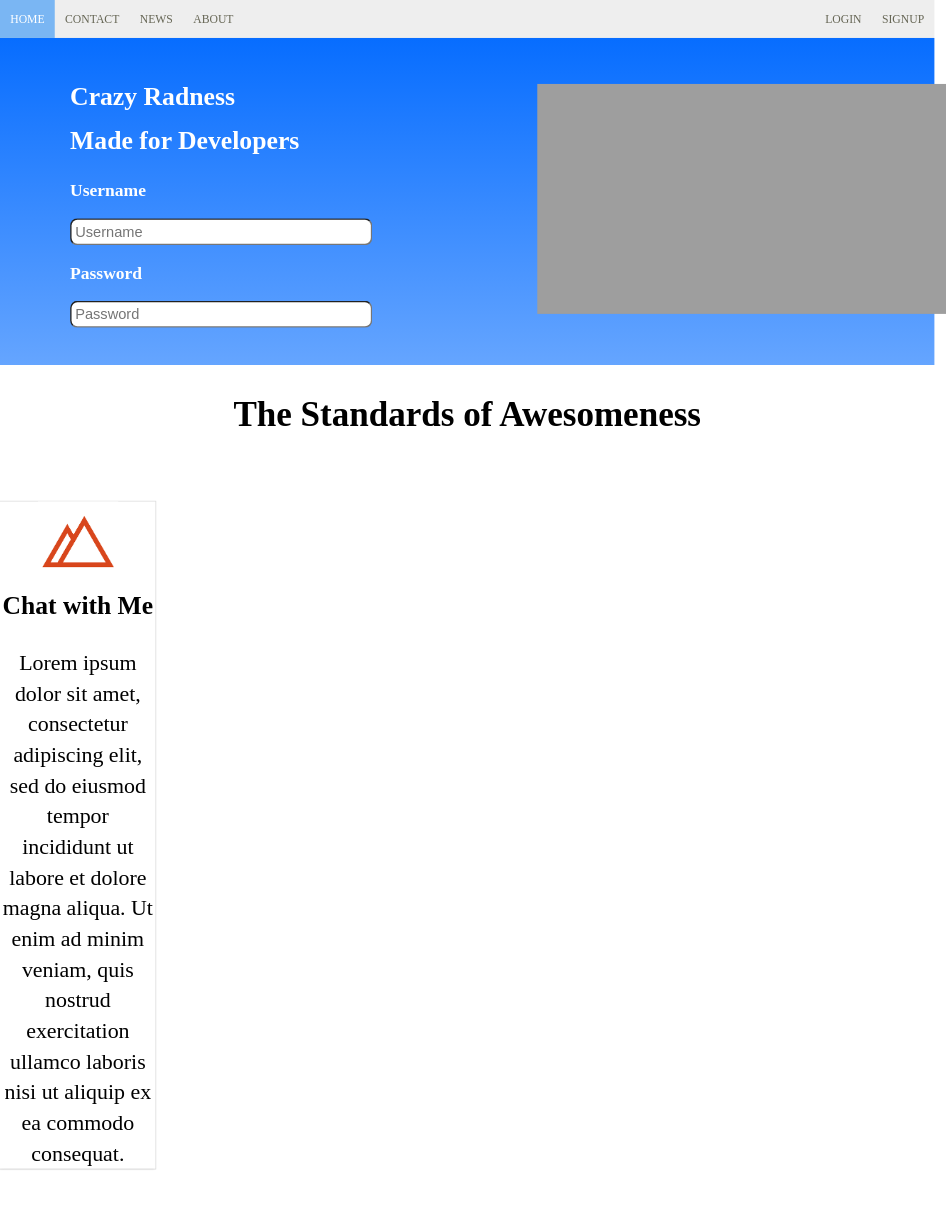
Repository: jesar-enl/My-CSS-Website
Page: index.html
An editor plug-in stored every save of this project. The page is shown before and after the next save, followed by the edit.
The browser window is 1280 px wide. The page is 1296 px wide, so the pictures cover 1296 px, including what lies to the right of the window. The pictures show the whole page, at 73% of full size.
Pictures or frames that could not be fetched are drawn as grey boxes.

Above is the page before, as saved 2022-07-27 12:54:52.

After the next save:
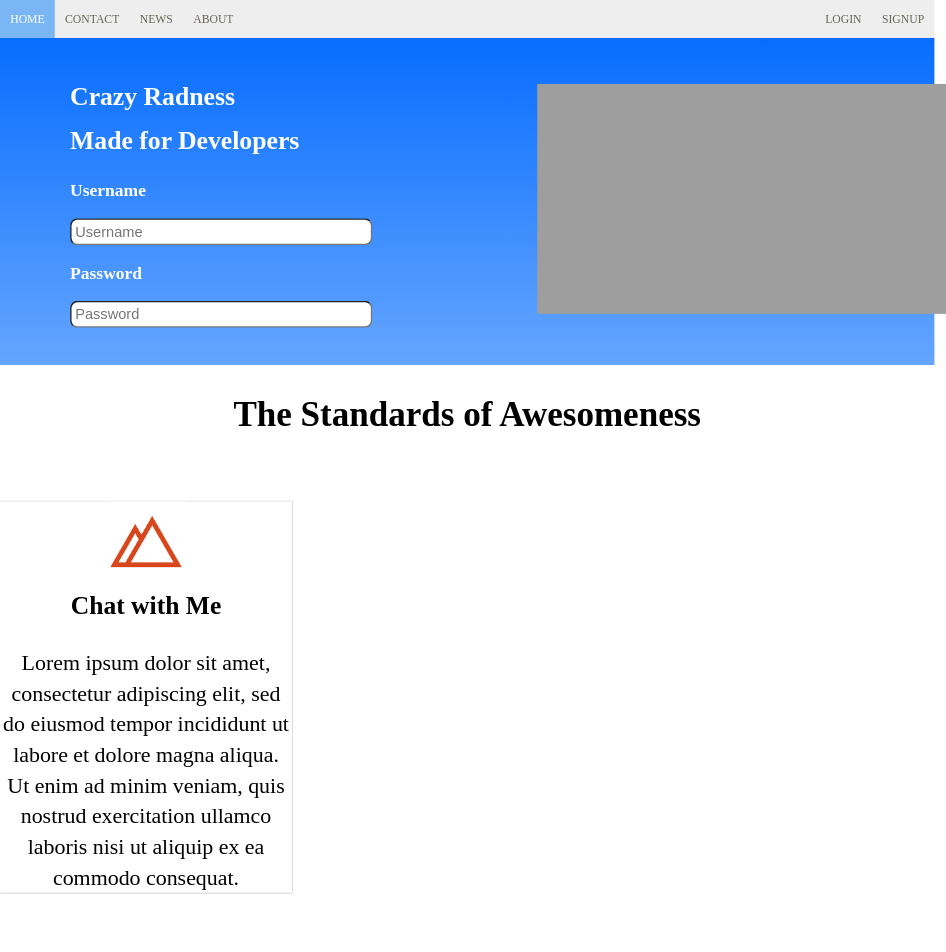
Saved 11 s later.
--- a/style.css
+++ b/style.css
@@ -132,7 +132,7 @@ ul.topnav li a:hover {
 
 .box {
   text-align: center;
-  width: 50%;
+  width: 400px;
   background-color: #fff;
   /*
     The "box-shadow" syntax is as follows:
